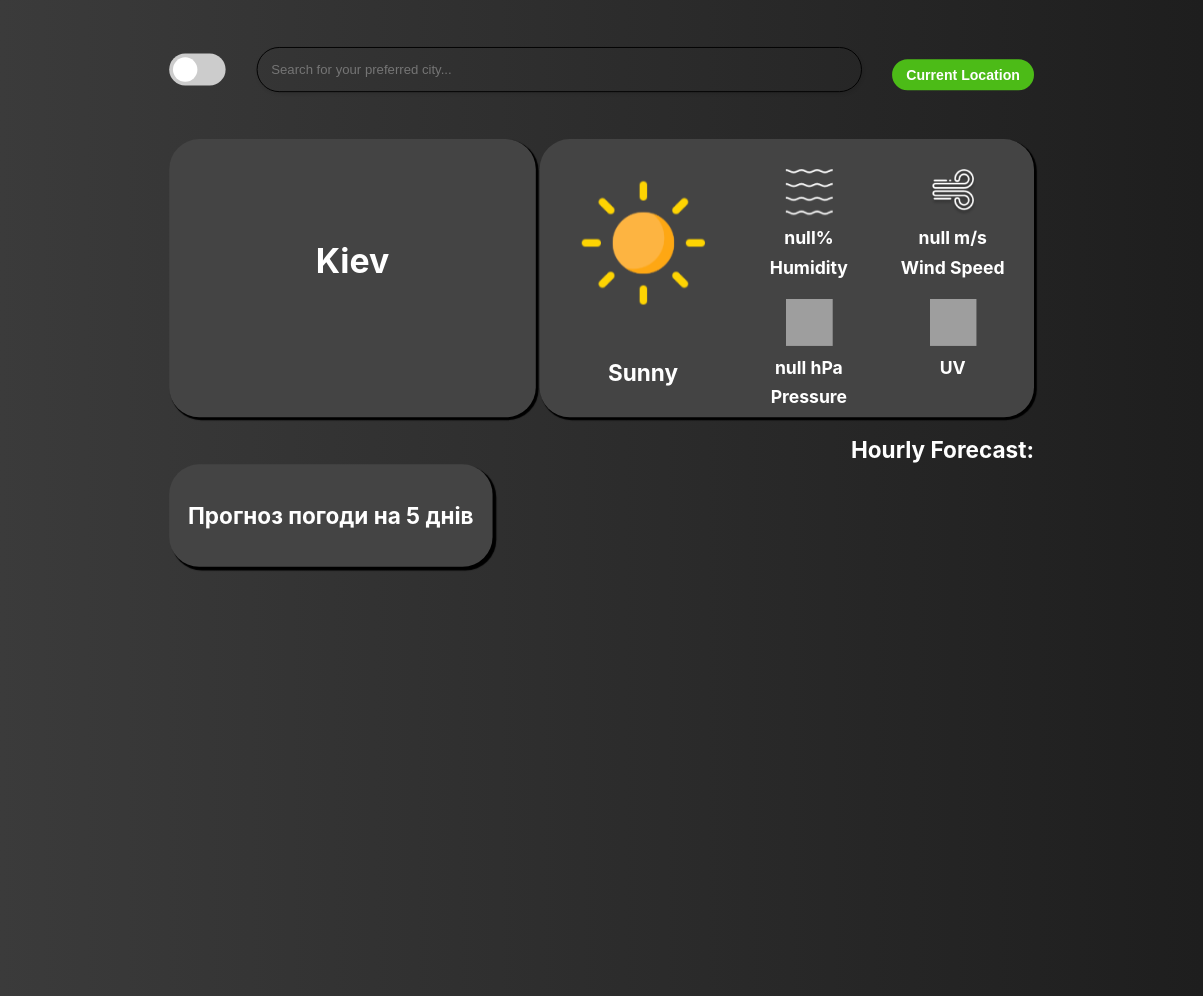
Repository: valeriibb/WeatherAPP
Page: /
These files come from the project's save history. The page is drawn as it stood at one moment and after a run of saves; the edit follows.
The browser window is 1280 px wide. The pictures show the whole page, at 94% of full size.
Pictures or frames that could not be fetched are drawn as grey boxes. The page's requests for data from a server got no answer. Some web fonts or font styles are not loaded; a fallback is used. The project was rebuilt for these pictures with package versions that can differ from the ones it lists, and the page was loaded fresh each time. No one was signed in, and anything a server would have sent is missing.

Above is the page before, as saved 2024-03-10 18:34:55.

After the next 3 saves:
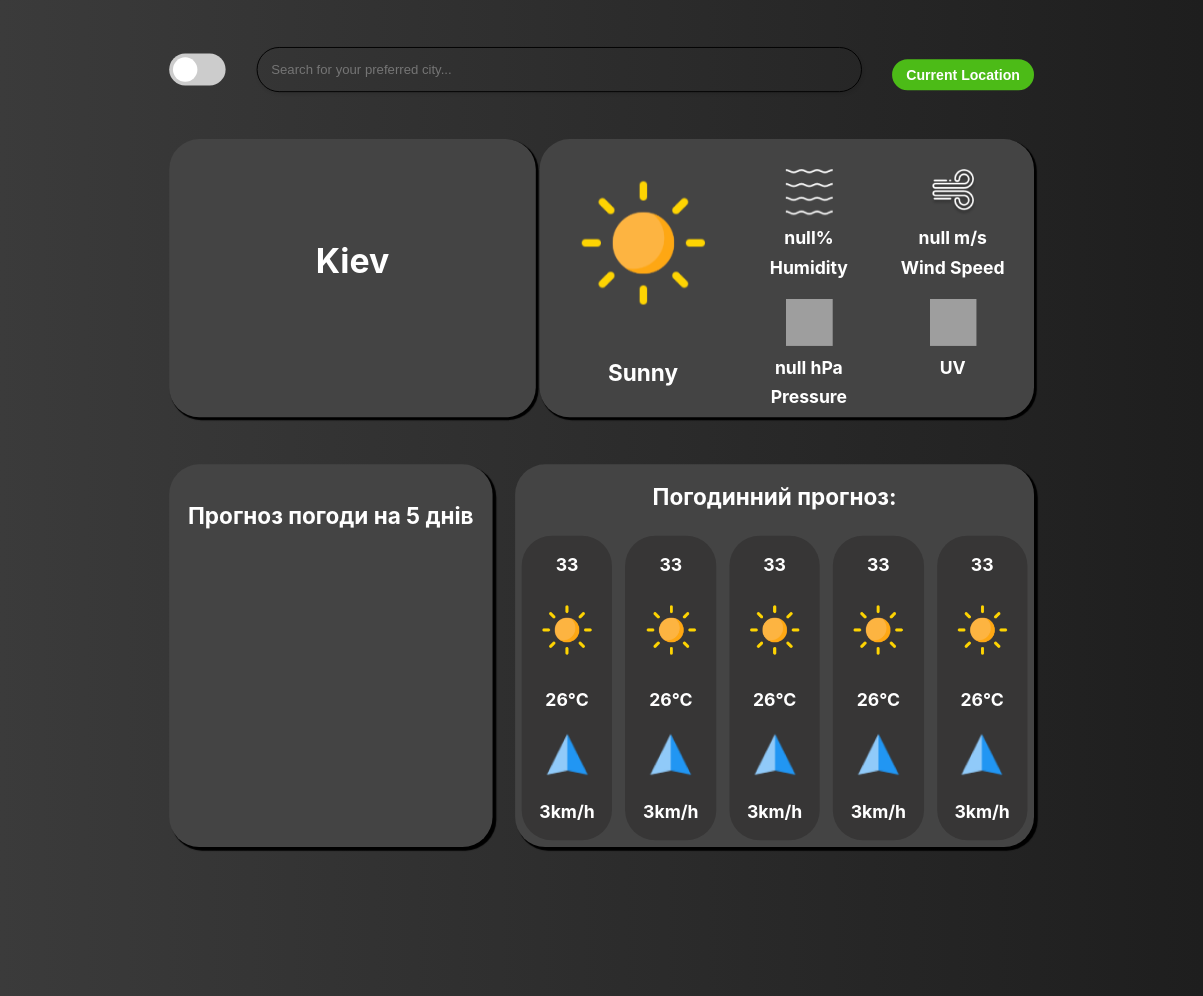
The 3 saves are shown as one change because 1 did not build or start and some came seconds apart.
The last was saved 50 s later.
--- a/src/components/hourly.js
+++ b/src/components/hourly.js
@@ -1,51 +1,55 @@
 import React, { useState, useEffect } from 'react';
-import { WEATHER_API_KEY } from '../api';
-import './hourly.css';
+import { WEATHER_API_URL, WEATHER_API_KEY } from '../api';
 
+import './hourly.css'
 function HorItem(props) {
+
+
     return (
         <div className='HorItems'>
             <h3>{props.time}</h3>
             <img style={{height: '80px', width: '80px'}} src={props.icon} alt=""/>
             <h3>{props.temperature}</h3>
-            <img style={{height: '55px', width: '55px'}} src={props.description} alt=""/>
+            <img style={{height: '55px', width: '55px'}} src={props.direction} alt=""/>
+            <h3>{props.speed}</h3>
         </div>
     );
 }
 
 export default function Hourly(props) {
-    const [hourlyData, setHourlyData] = useState([]);
+    const weatherURL = `https://api.openweathermap.org/data/2.5/forecast?q=${props.city}&lang=ru&units=metric&APPID=${WEATHER_API_KEY}`;
 
-    useEffect(() => {
-        const weatherURL = `https://api.openweathermap.org/data/2.5/forecast?q=${props.city}&lang=ru&units=metric&APPID=${WEATHER_API_KEY}`;
 
-        fetch(weatherURL)
-            .then(response => {
-                if (!response.ok) {
-                    throw new Error('Network response was not ok');
-                }
-                return response.json();
-            })
-            .then(data => {
-                const hourlyData = data.list.map(item => ({
-                    time: item.dt_txt,
-                    temperature: `${item.main.temp.toFixed(0)}°C`,
-                    icon: `http://openweathermap.org/img/wn/${item.weather[0].icon}.png`,
-                    description: item.weather[0].description
-                }));
-                setHourlyData(hourlyData);
-            })
-            .catch(error => {
-                console.error('Exception (forecast):', error);
-            });
-    }, [props.city]);
+    fetch(weatherURL)
+    .then(response => {
+    if (!response.ok) {
+        throw new Error('Network response was not ok');
+    }
+    return response.json();
+    })
+    .then(data => {
+    data.list.forEach(item => {
+        console.log(item.dt_txt, `${item.main.temp.toFixed(0)}°C`, item.weather[0].description);
+    });
+    })
+    .catch(error => {
+    console.error('Exception (forecast):', error);
+    });
+
+
 
     return (
-        <div>
-            <h2>Hourly Forecast:</h2>
-            {hourlyData.map((item, index) => (
-                <HorItem key={index} time={item.time} temperature={item.temperature} icon={item.icon} description={item.description} />
-            ))}
+        <div className="Hourly">
+            <h2>Погодинний прогноз:</h2>
+            <div className="HourlyItems">
+                <HorItem time={'33'} icon='./clear 1.png' temperature='26°C' direction='./navigation 1.png' speed='3km/h' />
+                <HorItem time={'33'} icon='./clear 1.png' temperature='26°C' direction='./navigation 1.png' speed='3km/h' />
+                <HorItem time={'33'} icon='./clear 1.png' temperature='26°C' direction='./navigation 1.png' speed='3km/h' />
+                <HorItem time={'33'} icon='./clear 1.png' temperature='26°C' direction='./navigation 1.png' speed='3km/h' />
+                <HorItem time={'33'} icon='./clear 1.png' temperature='26°C' direction='./navigation 1.png' speed='3km/h' />
+            </div>
+
         </div>
+
     );
 }
